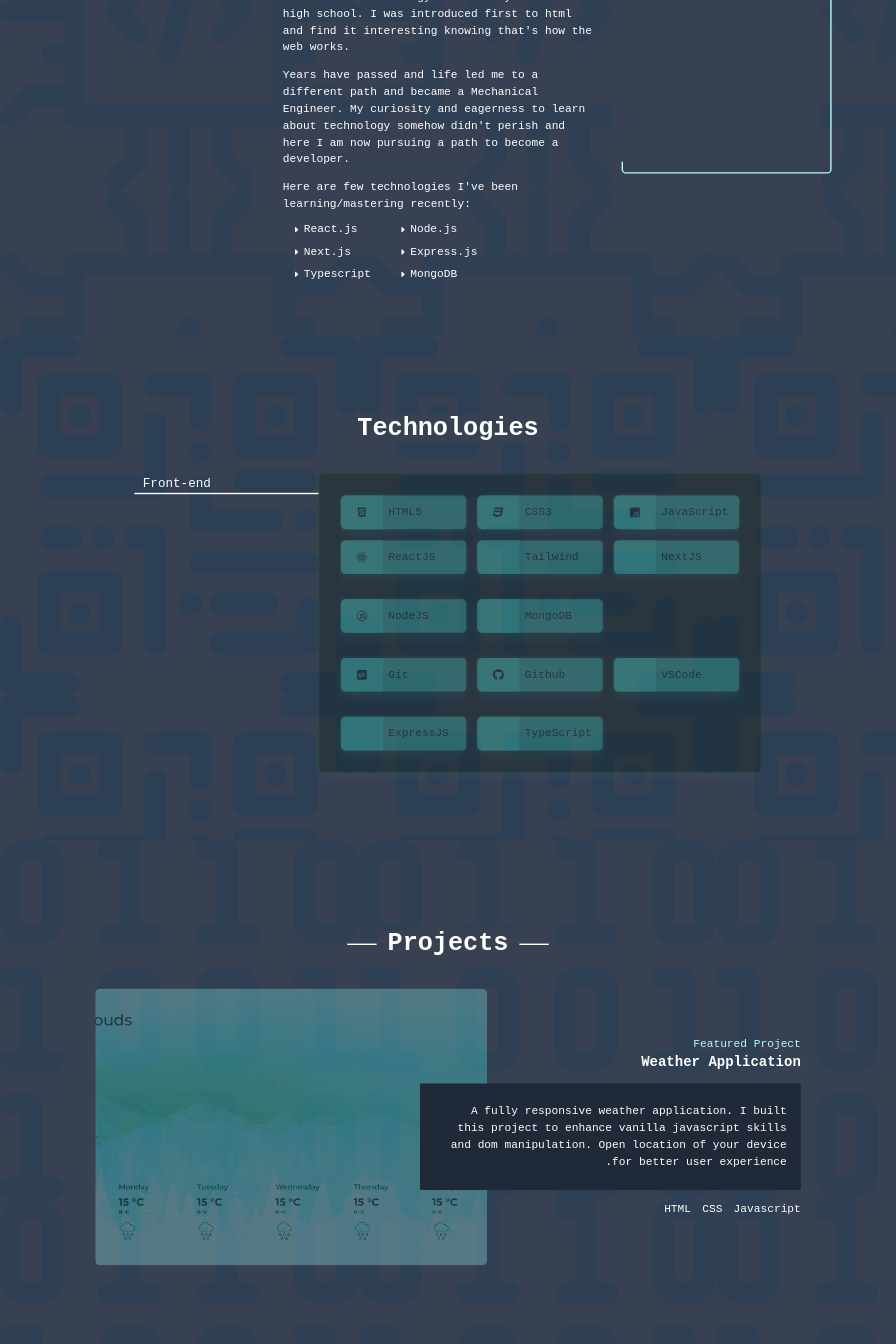
Repository: riandev25/nextjs-portfolio
Page: /
These files come from the project's save history. The page is drawn as it stood at one moment and after the next save; the edit follows.
The browser window is 1280 px wide. The pictures show the part of the page from y = 960 to 2880 px (the page is 2880 px tall), at 70% of full size.
Backgrounds fixed to the window are drawn as part of the page. The project was rebuilt for these pictures with package versions that can differ from the ones it lists, and the page was loaded fresh each time. The framework's server and built-in components were replaced by stand-ins that run in the browser. Also part of the build but not shown: next.config.js, components/Home/Keyboard/index.module.css, components/Home/Keyboard/index.jsx, components/About/Contacts.jsx.

Above is the page before, as saved 2022-11-13 12:59:21.

After the next save:
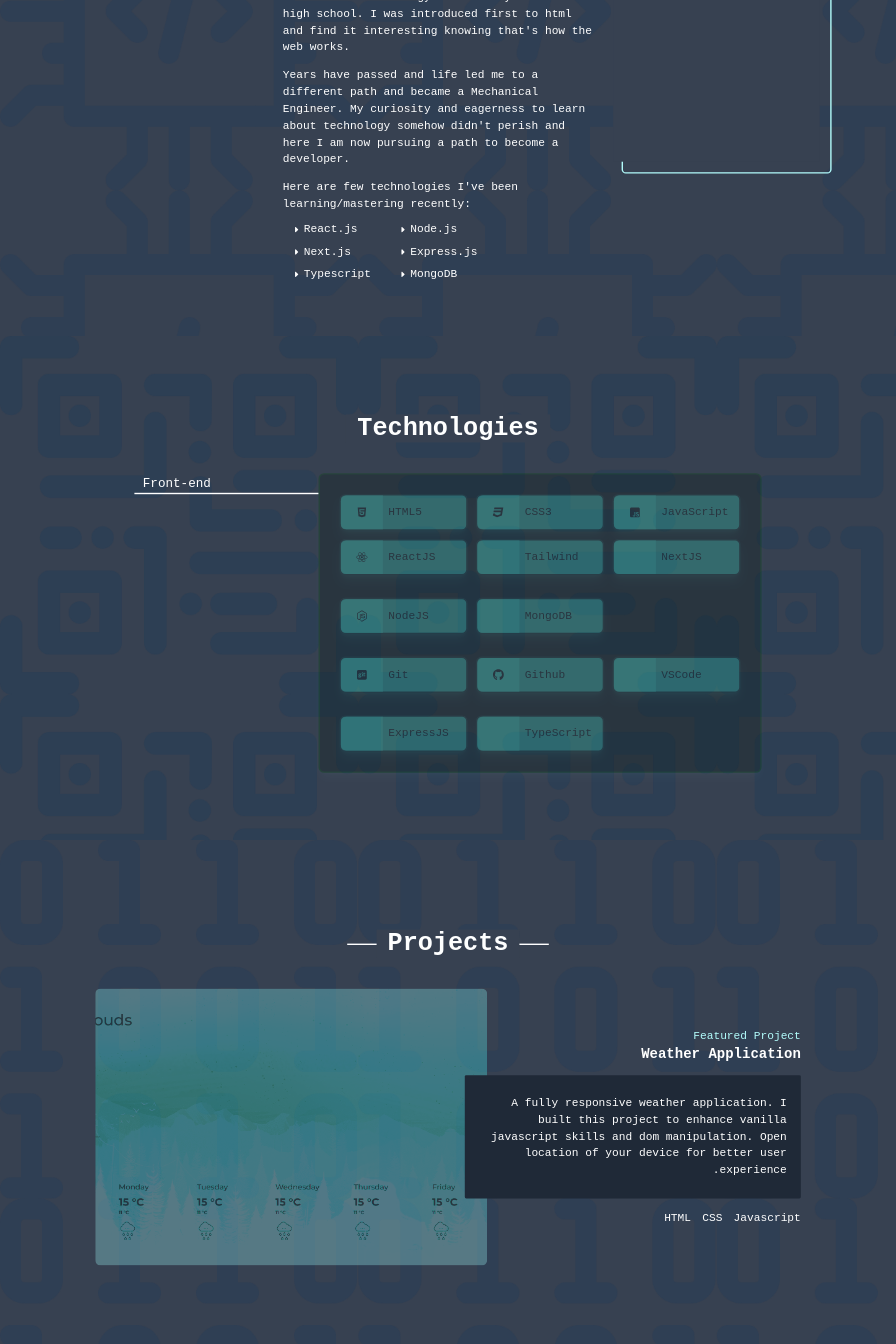
Saved 2 min 54 s later.
--- a/components/Projects/index.jsx
+++ b/components/Projects/index.jsx
@@ -44,7 +44,7 @@ const Projects = () => {
               Weather Application
             </h1>
           </div>
-          <div className='flex w-[30rem] bg-gray-800 p-7 pl-9 pr-5 rounded-sm xl:w-[34rem]'>
+          <div className='flex w-[30rem] bg-gray-800 p-7 pl-9 pr-5 rounded-sm xl:w-[30rem]'>
             <p className='text-right'>
               A fully responsive weather application. I built this project to
               enhance vanilla javascript skills and dom manipulation. Open
